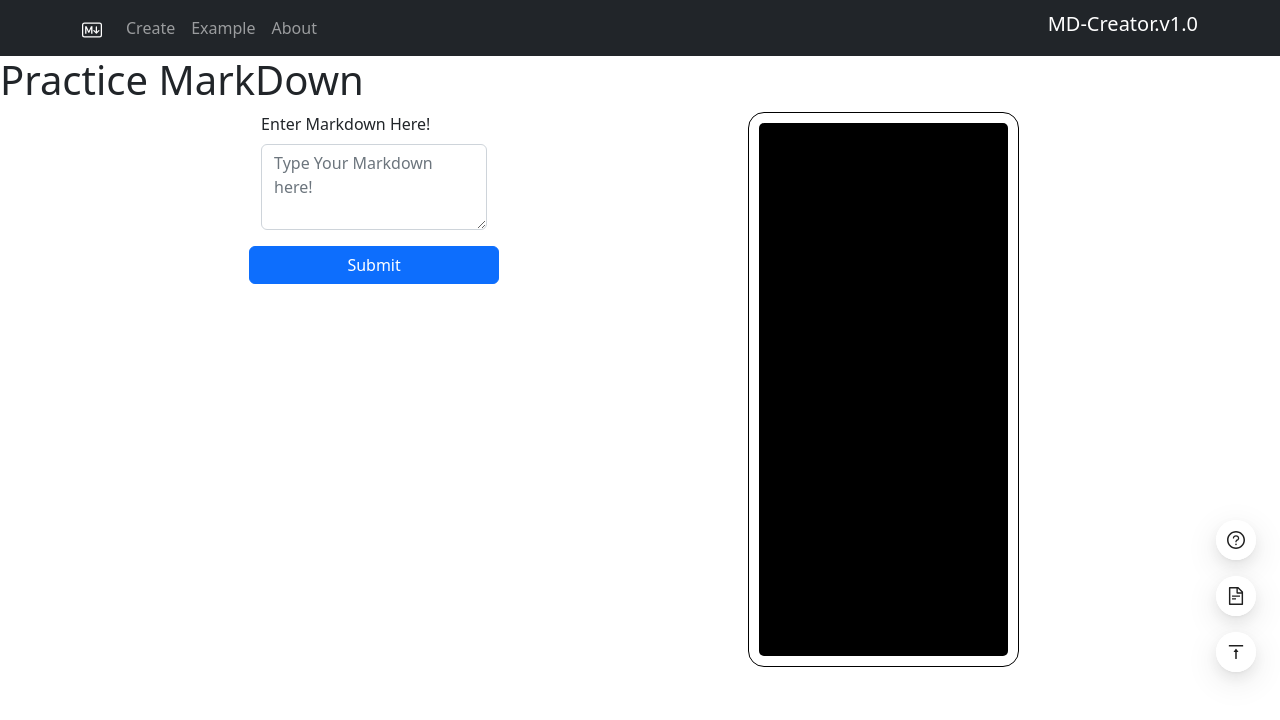
Repository: devkthines/md-editor
Page: /edit
An editor plug-in stored every save of this project. The page is shown before and after the next save, followed by the edit.
The browser window is 1280 px wide. The pictures show the whole page.
The project was rebuilt for these pictures with package versions that can differ from the ones it lists, and the page was loaded fresh each time. Also part of the build but not shown: src/pages/preview.js, src/pages/home.js.

Above is the page before, as saved 2023-12-06 21:28:54.

After the next save:
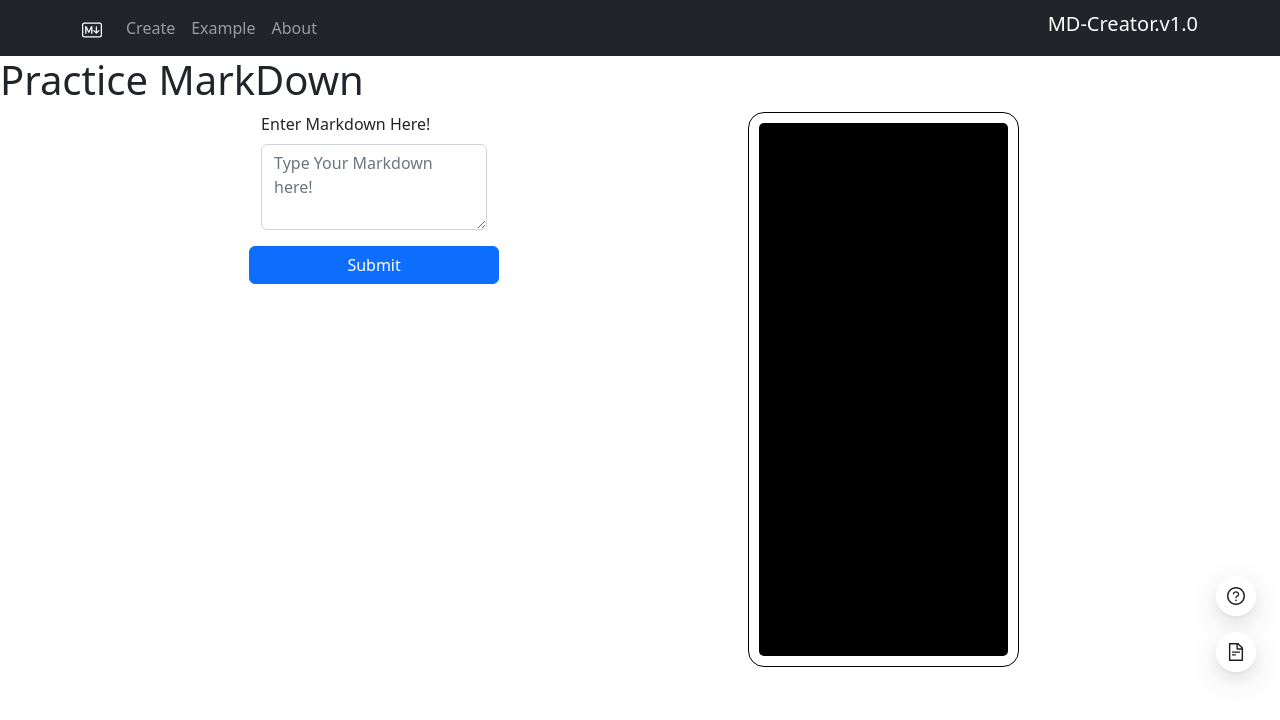
Saved 25 s later.
--- a/src/pages/editor.js
+++ b/src/pages/editor.js
@@ -17,7 +17,6 @@ const App = () => (
     >
       <FloatButton icon={<QuestionCircleOutlined />} />
       <FloatButton />
-      <FloatButton.BackTop visibilityHeight={0} />
     </FloatButton.Group>
     </>
 );
